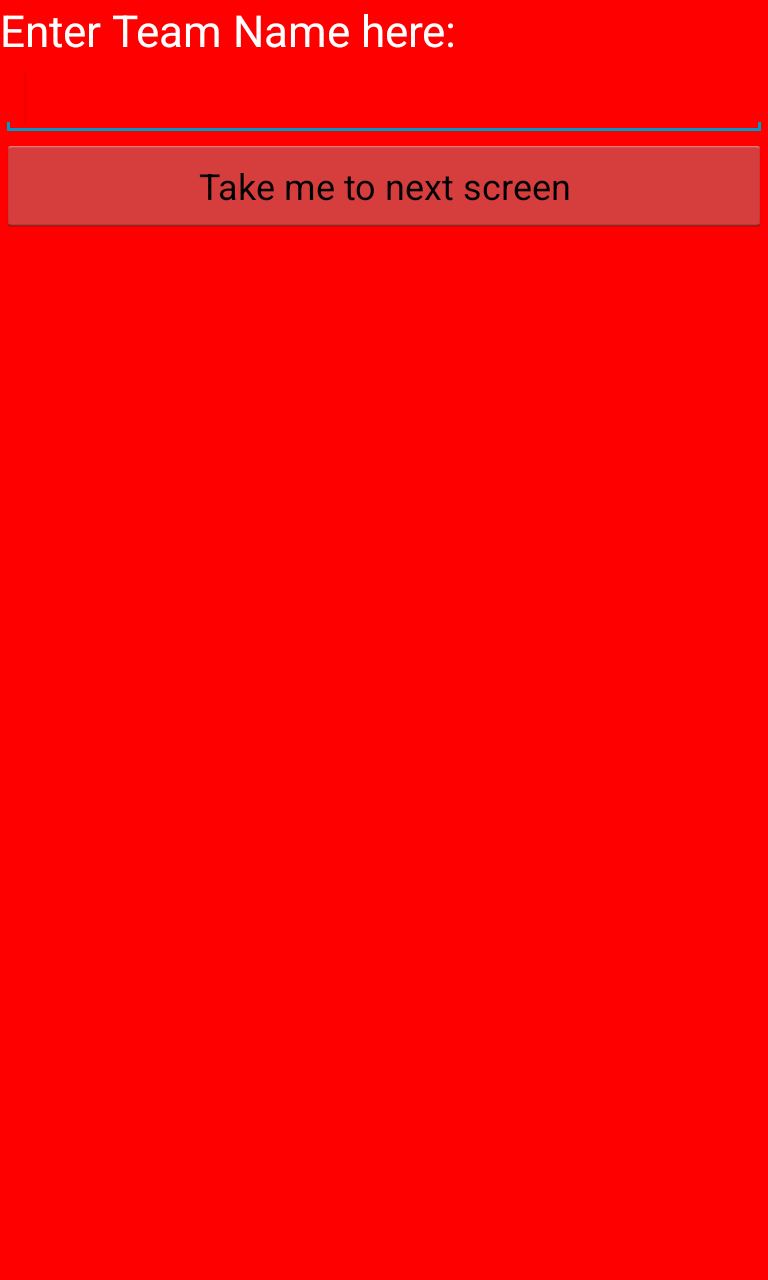
Repository: fsoDannis/FSO_JAVAII
Layout: JavaII_Week1/res/layout/activity_main.xml
The author's editor kept a copy of each file at every save. The layout is drawn from the files as they stood at one save, then again after the next save.
It is drawn on a 768 x 1280 px phone screen (xhdpi) without system bars, with theme AppTheme; the app's code is not run.

Above is the layout before, as saved 2013-05-10 00:56:09.

### JavaII_Week1/res/layout/activity_main.xml
<?xml version="1.0" encoding="utf-8"?>
<LinearLayout xmlns:android="http://schemas.android.com/apk/res/android"
    android:layout_width="fill_parent"
    android:layout_height="fill_parent"
    android:orientation="vertical"
    android:background="#ff0000">
    <TextView
        android:id="@+id/textView1"
        android:layout_width="match_parent"
        android:layout_height="wrap_content"
        android:text="Enter Team Name here:"
        android:textColor="#ffffff"
        android:textAppearance="?android:attr/textAppearanceLarge" />
    <EditText
        android:id="@+id/editText1"
        android:layout_width="match_parent"
        android:layout_height="wrap_content"
        android:ems="10"
         android:textColor="#ffffff">
        <requestFocus />
    </EditText>
    <Button
        android:id="@+id/button1"
        android:layout_width="match_parent"
        android:layout_height="wrap_content"
        android:text="Take me to next screen" />
    <TextView
        android:id="@+id/textView3"
        android:layout_width="match_parent"
        android:layout_height="wrap_content"
        android:layout_marginBottom="20px"
         android:textColor="#ffffff"
        android:text=""
        android:textAppearance="?android:attr/textAppearanceLarge" />
</LinearLayout>

Loaded but not shown: JavaII_Week1/res/values/styles.xml (common file); JavaII_Week1/res/values-v11/styles.xml (common file); JavaII_Week1/res/values-v14/styles.xml (common file)

After the next save:
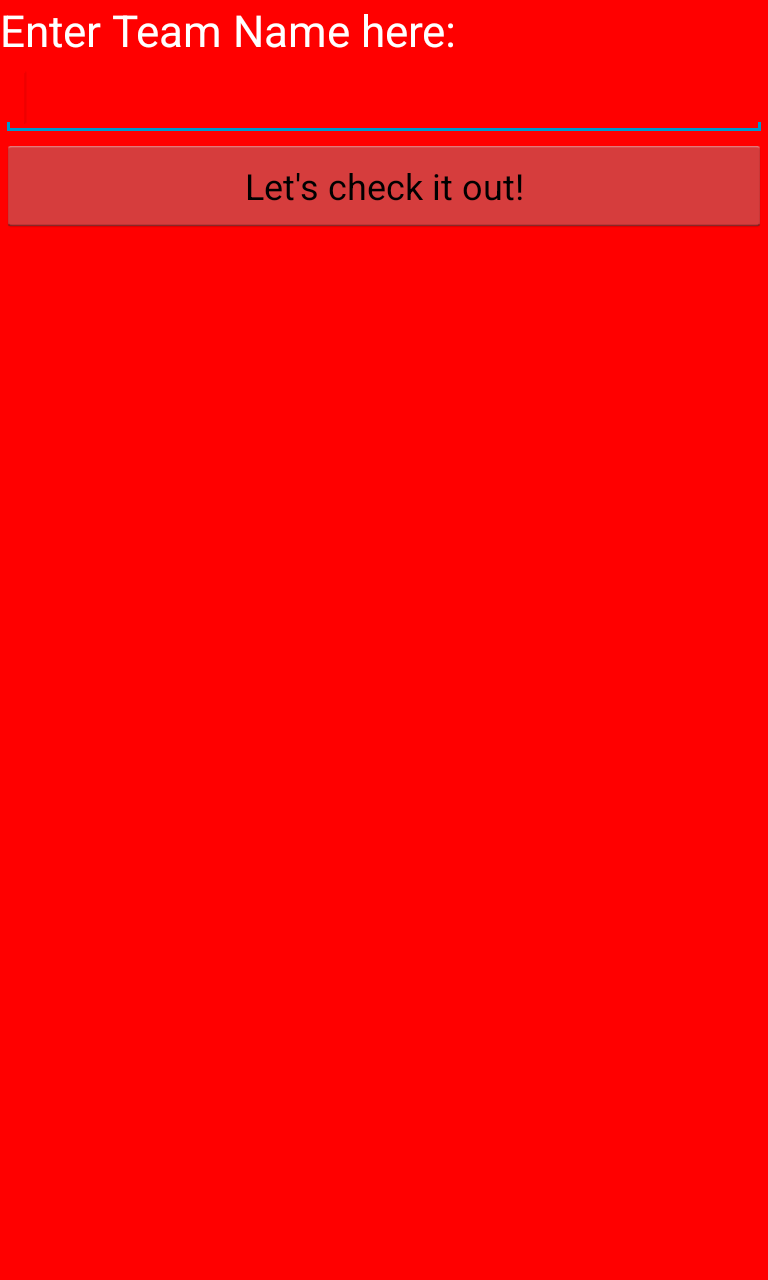
Saved 18 s later.
--- a/JavaII_Week1/res/layout/activity_main.xml
+++ b/JavaII_Week1/res/layout/activity_main.xml
@@ -23,7 +23,7 @@
         android:id="@+id/button1"
         android:layout_width="match_parent"
         android:layout_height="wrap_content"
-        android:text="Take me to next screen" />
+        android:text="Let's check it out!" />
     <TextView
         android:id="@+id/textView3"
         android:layout_width="match_parent"
